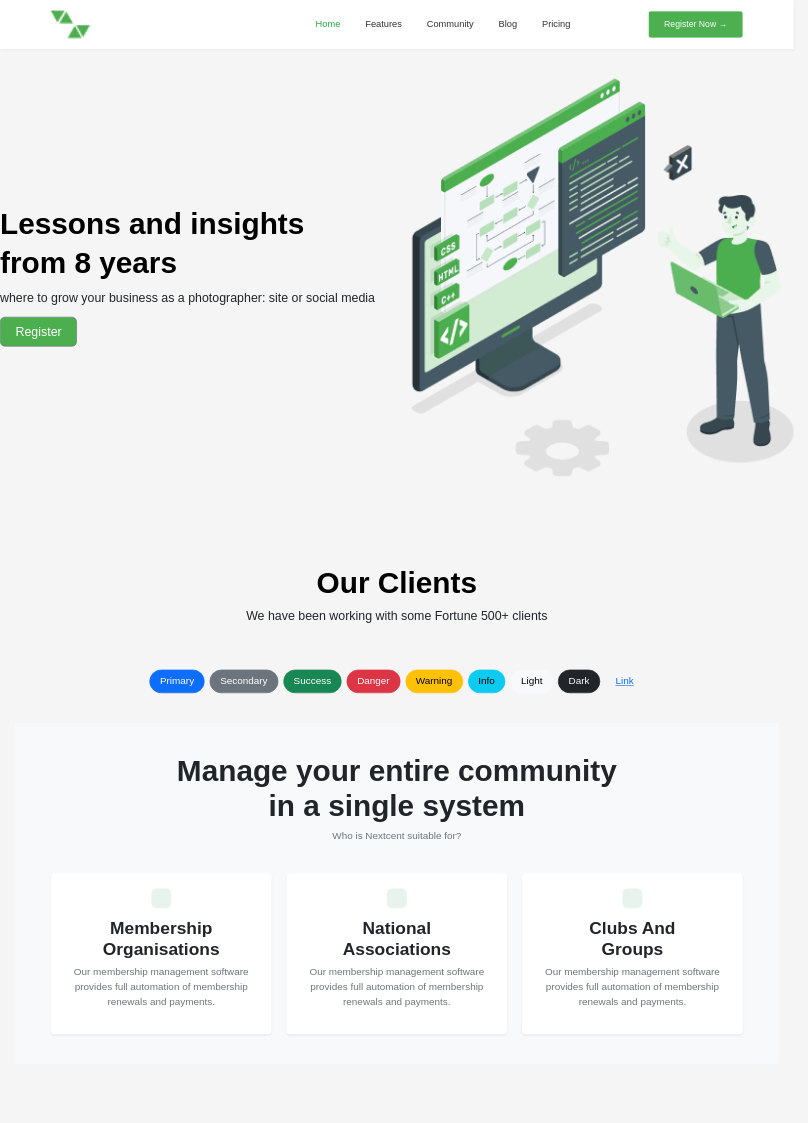
Repository: Laibaaa10/Bootstrap1
Page: index.html
An editor plug-in stored every save of this project. The page is shown before and after the next save, followed by the edit.
The browser window is 1280 px wide. The page is 1304 px wide, so the pictures cover 1304 px, including what lies to the right of the window. The pictures show the whole page, at 62% of full size.

Above is the page before, as saved 2026-06-18 00:38:43.

After the next save:
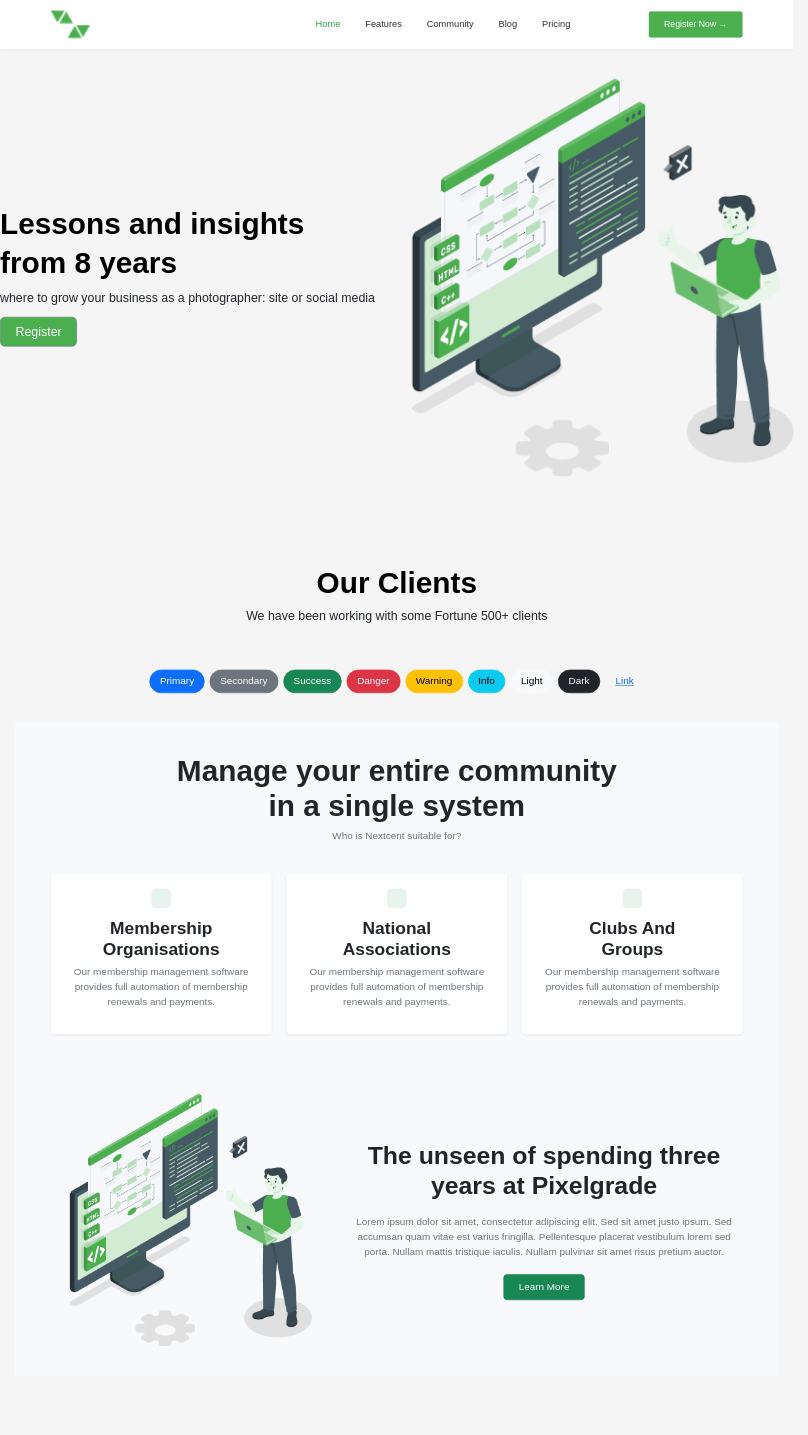
Saved 6 h 47 min later.
--- a/index.html
+++ b/index.html
@@ -156,6 +156,42 @@
     </div>
 </section>
 
+<section class="bg-light py-5">
+    <div class="container">
+        <div class="row align-items-center">
+
+            <!-- Image Section -->
+            <div class="col-lg-5 text-center mb-4 mb-lg-0">
+                <img src="illustration.png" alt="Illustration"
+                     class="img-fluid">
+            </div>
+
+            <!-- Content Section -->
+            <div class="col-lg-7">
+                <h1 class="fw-bold text-dark mb-4">
+                    The unseen of spending three years at Pixelgrade
+                </h1>
+
+                <p class="text-secondary mb-4">
+                    Lorem ipsum dolor sit amet, consectetur adipiscing elit.
+                    Sed sit amet justo ipsum. Sed accumsan quam vitae est
+                    varius fringilla. Pellentesque placerat vestibulum lorem
+                    sed porta. Nullam mattis tristique iaculis. Nullam pulvinar
+                    sit amet risus pretium auctor.
+                </p>
+
+                <button class="btn btn-success px-4 py-2">
+                    Learn More
+                </button>
+            </div>
+
+        </div>
+    </div>
+</section>
+
+</body>
+</html>
+
 
 <!-- Hero section end  -->
         <script src="https://cdn.jsdelivr.net/npm/bootstrap@5.3.3/dist/js/bootstrap.bundle.min.js"></script>
